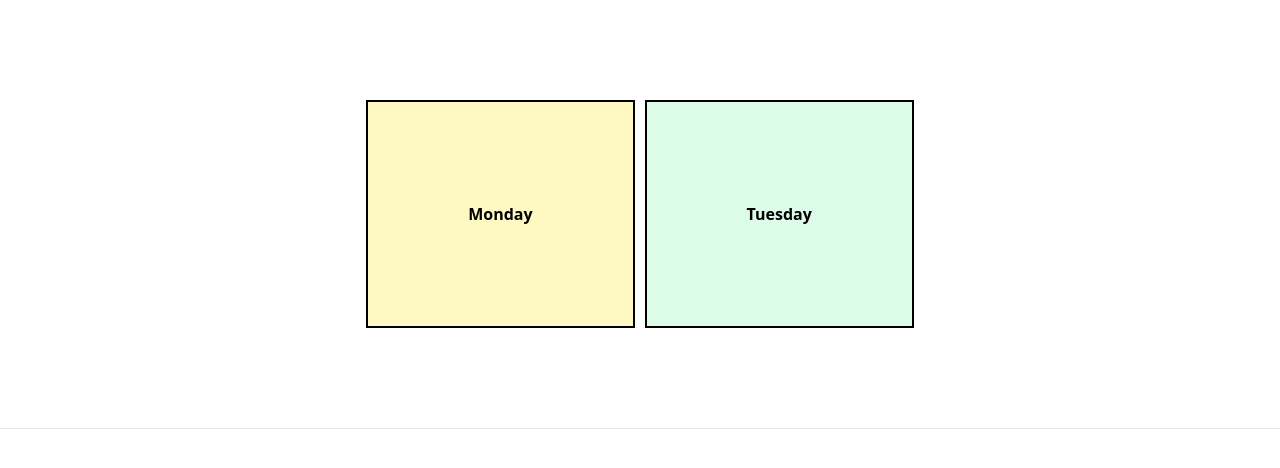
Repository: AfzalHaq61/tailwind-deep
Page: http://localhost/
The author's editor kept a copy of each file at every save. The page is drawn from the files as they stood at one save, then again after a run of saves.
The browser window is 1280 px wide. The pictures show the whole page.
The page is served by the project's Laravel application, run on PHP 8.4 with Laravel 9. Style sheets and scripts are compiled from the project's sources, by tool versions that may differ from the author's.

Above is the page before, as saved 2023-01-17 12:07:28.

After the next 2 saves:
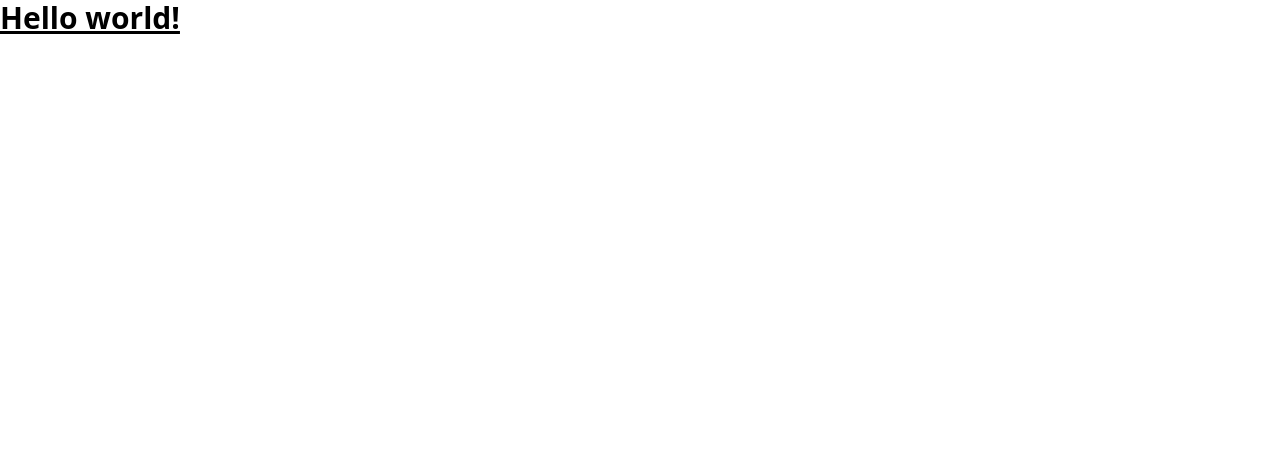
The 2 saves are shown as one change because they came seconds apart.
The last was saved 115 s later.
--- a/resources/views/welcome.blade.php
+++ b/resources/views/welcome.blade.php
@@ -8,15 +8,9 @@
 </head>
 
 <body>
-    <div class="flex justify-center p-[100px]">
-        <div class="bg-yellow-100 p-[100px] border-2 border-black mr-[10px]">
-            <h1 class="font-bold">Monday</h1>
-        </div>
-        <div class="bg-green-100 p-[100px] border-2 border-black">
-            <h1 class="font-bold">Tuesday</h1>
-        </div>
-    </div>
-    <hr>
+    <h1 class="text-3xl font-bold underline">
+        Hello world!
+    </h1>
 </body>
 
 </html>
